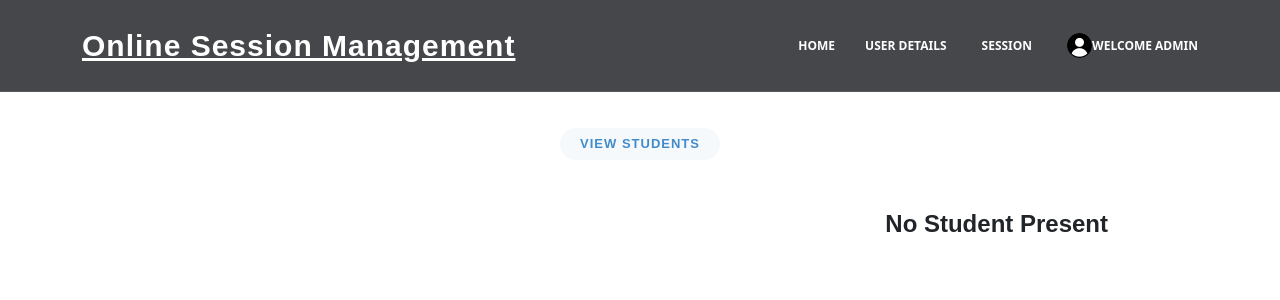
Repository: MohammadShadab08/Session-Management
Page: http://localhost/MeetingApplication/ViewUsers.jsp
These files come from the project's save history. The page is drawn as it stood at one moment and after a run of saves; the edit follows.
The browser window is 1280 px wide. The pictures show the whole page.
Some web fonts or font styles are not loaded; a fallback is used. The page is served by Tomcat 9. Other server files are loaded and not shown. Queries for data that is not in the repository find no rows.

Above is the page before, as saved 2023-08-28 21:07:08.

### Online Session Management/MeetingApplication/WebContent/ViewUsers.jsp
<!DOCTYPE html>
<%@page import="java.sql.ResultSet"%>
<%@page import="java.sql.Statement"%>
<%@page import="com.connection.DBConnection"%>
<%@page import="java.sql.Connection"%>
<%@page contentType="text/html" pageEncoding="UTF-8"%>
<%@page import="java.sql.*" %>
<html>
<head>
  <meta charset="utf-8">
  <meta content="width=device-width, initial-scale=1.0" name="viewport">

  <title>User Details</title>
  <meta content="" name="description">
  <meta content="" name="keywords">


 <!-- CSS File -->
 <link href="assets/css/style.css" rel="stylesheet">
 <link href="assets/vendor/bootstrap/css/bootstrap.min.css" rel="stylesheet">



</head>
<body>
  <header id="header" class="fixed-top header-inner-pages">
    <div class="container d-flex align-items-center justify-content-between">
	 <h1 class="logo"><a href="AdminHomePage.jsp">Online Session Management</a></h1>
      <nav id="navbar" class="navbar">
        <ul>
          <li><a class="nav-link scrollto active" href="AdminHomePage.jsp">Home</a></li>
          <li class="dropdown">
	          <a style="color:white;">User Details<i class="bi bi-chevron-down"></i></a>
		     	 <ul>
		     	 	<li class="dropdown"><a class="nav-link scrollto" href="Userregistration.jsp" style="color:black;">Add User</a></li>
		            <li class="dropdown"><a class="nav-link scrollto" href="ViewUsers.jsp" style="color:black;">View User Details</a></li>
		         </ul>
	         </li>
	          <li class="dropdown">
	          <a style="color:white;">Session<i class="bi bi-chevron-down"></i></a>
		    	  <ul>
		         	 <li class="dropdown"><a class="nav-link scrollto" href="CreateSession.jsp" style="color:black;">Create Session</a></li>
		             <li class="dropdown"><a class="nav-link scrollto" href="ViewSession.jsp" style="color:black;">View Session</a></li>
		          </ul>
	         </li>
	         <li class="dropdown">
	          <a style="color:white;"><img src="assets/img/user.png" alt=""  class="rounded-circle">Welcome Admin</a>
		                <ul><li class="dropdown"><a class="nav-link scrollto" href="Home.jsp" style="color:black;">Logout</a></li></ul>
	         </li>
         </ul>
        <i class="bi bi-list mobile-nav-toggle"></i>
      </nav>
    </div>
  </header>
 <br><br>

   <!-- ======= View Students Section ======= -->
    <section id="services" class="services">
      <div class="container">
        <div class="section-title">
          <h2>View Students </h2>
           </div>
           <div class="row">
           <div class="col-md-12">
           <div class="col-sm-offset-2 col-lg-12 ">
			  <form class="subscription-form">
                  <div style="margin-left:20px;margin-right:20px">
                  <table class="table table-bordered" style="color:black">

                     <%
                     Connection con=DBConnection.getConnection();
                     Statement st=con.createStatement();
                     ResultSet rs=st.executeQuery("select * from user");
                     //while(rs.next())
                     if(rs.next() == false) {
                    	%>
                    	<h4 style="text-align:right;margin-right:70px"><b>No Student Present</b></h4>
                    	<%
                     }
                    else{
                    	int count=0;
                    	do{
                    	 if(count == 0) {
                    	 %>
                    	 <tr  class="danger" style="color:black">
		                  <th> Student Name</th>
		                     <th>Class</th>
		                     <th>Phone No</th>
		                     <th>Email</th>
		                     <th>Gender</th>
		                   <th>Status</th>
		                      <th>Action</th>
		                  </tr>
		                  <%}%>
                    	 <TR>
                    	 <td style="color:black"><%=rs.getString(2) %></td>
                    	  <td style="color:black"><%=rs.getString(3) %></td>
                    	 <td style="color:black"><%=rs.getString(4) %></td>
                    	 <td style="color:black"><%=rs.getString(5) %></td>
                    	 <td style="color:black"><%=rs.getString(6) %></td>
                    	 <td><a style="color:green;" href="UpdateStudent.jsp?id=<%=rs.getInt(1)%>"><b>Edit</b></a></td>
                    	 <td><a style="color:red;" href="DeleteCon?id=<%=rs.getInt(1)%>"><b>Delete</b></a></td>
                    	 </TR>
                    <%count++; }while(rs.next());}%>

                    </table>
     			 </div>
               </form>
	  </div></div></div>
      </div>
    </section>
</body>
</html>

### Online Session Management/MeetingApplication/src/com/connection/DBConnection.java
package com.connection;

import java.sql.Connection;
import java.sql.DriverManager;

public class DBConnection {

	static String url = "jdbc:mysql://localhost:3306/meet";
	static String username = "root";
	static String password = "root";
	public static Connection connection;

	public static Connection getConnection() {
		try {
			Class.forName("com.mysql.jdbc.Driver");
			connection = DriverManager.getConnection(url, username, password);

		} catch (Exception e) {
			e.printStackTrace();
		}
		return connection;
	}

}

### Online Session Management/MeetingApplication/WebContent/assets/css/style.css
/*--------------------------------------------------------------
# General
--------------------------------------------------------------*/
body {
  font-family: "Open Sans", sans-serif;
  color: #444444;

}
h1{
	color: #000040;
}
h1, h2, h3, h4, h5, h6 {
  font-family: "Raleway", sans-serif;
}
/*--------------------------------------------------------------
# Back to top button
--------------------------------------------------------------*/
.back-to-top {
  position: fixed;
  visibility: hidden;
  opacity: 0;
  right: 15px;
  bottom: 15px;
  z-index: 99999;
  background: #428bca;
  width: 40px;
  height: 40px;
  border-radius: 4px;
  transition: all 0.4s;
}
.back-to-top i {
  font-size: 24px;
  color: #fff;
  line-height: 0;
}
.back-to-top:hover {
  background: #629fd3;
  color: #fff;
}
.back-to-top.active {
  visibility: visible;
  opacity: 1;
}
/*--------------------------------------------------------------
# Header
--------------------------------------------------------------*/
#header {
  transition: all 0.5s;
  z-index: 997;
  padding: 15px 0;
  border-bottom: 1px solid rgba(255, 255, 255, 0.1);
}
#header.header-scrolled, #header.header-inner-pages {
  background: rgba(23, 26, 29, 0.8);
}
#header .logo {
  font-size: 30px;
  margin: 0;
  padding: 0;
  line-height: 1;
  font-weight: 600;
  letter-spacing: 1px;
  font-family: "Poppins", sans-serif;
}
#header .logo a {
  color: #fff;
}
#header .logo img {
  max-height: 40px;
}
@media (max-width: 992px) {
  #header {
    border: 0;
  }
}
/*--------------------------------------------------------------
# Navigation Menu
--------------------------------------------------------------*/

.navbar {
  padding: 0;
}
.navbar ul {
  margin: 0;
  padding: 0;
  display: flex;
  list-style: none;
  align-items: center;
}
.navbar li {
  position: relative;
}
.navbar a, .navbar a:focus {
  display: flex;
  align-items: center;
  justify-content: space-between;
  padding: 10px 0 10px 30px;
  text-transform: uppercase;
  font-size: 12px;
  font-weight: 600;
  color: #fff;
  white-space: nowrap;
  transition: 0.3s;
}
.navbar a i, .navbar a:focus i {
  font-size: 12px;
  line-height: 0;
  margin-left: 5px;
}
.navbar .dropdown ul {
  display: block;
  position: absolute;
  left: 14px;
  top: calc(100% + 30px);
  margin: 0;
  padding: 10px 0;
  z-index: 99;
  opacity: 0;
  visibility: hidden;
  background: #fff;
  box-shadow: 0px 0px 30px rgba(127, 137, 161, 0.25);
  transition: 0.3s;
}
.navbar .dropdown ul li {
  min-width: 140px;
}
.navbar .dropdown ul a {
  padding: 10px 20px;
  font-size: 13px;
  font-weight: 500;
  text-transform: none;
  color: #193c5a;
}
.navbar .dropdown ul a:hover, .navbar .dropdown ul .active:hover, .navbar .dropdown ul li:hover > a {
  color: #428bca;
}
.navbar .dropdown:hover > ul {
  opacity: 1;
  top: 100%;
  visibility: visible;
}
/*---------------------------------------------------------------
 # Userview Section
 --------------------------------------------------------------*/

#userview .carousel, #hero .carousel-inner, #hero .carousel-item, #hero .carousel-item::before {
  background-size: cover;
  background-position: center;
  background-repeat: no-repeat;
  position: absolute;
  top: 0;
  right: 0;
  left: 0;
  bottom: 0;
}
/*--------------------------------------------------------------
# Sections General
--------------------------------------------------------------*/
section {
  padding: 80px 0;
}
.section-bg {
  background-color: #fafafb;
}
.section-title {
  text-align: center;
  padding-bottom: 50px;
}
.section-title h2 {
  font-size: 13px;
  letter-spacing: 1px;
  font-weight: 700;
  padding: 8px 20px;
  margin: 0;
  background: #f5f9fc;
  color: #428bca;
  display: inline-block;
  text-transform: uppercase;
  border-radius: 50px;
}
/*--------------------------------------------------------------
# About
--------------------------------------------------------------*/
#about {
  width: 100%;
  height: 100vh;
  background:url("../img/user1.jpg") top center;
  background-color: rgba(34, 39, 43, 0.8);
 /*  overflow: hidden; */
   background-size: cover;
  position: relative;
}
/*--------------------------------------------------------------
# Admin
--------------------------------------------------------------*/
#admin {
  width: 100%;
  height: 100vh;
  background:url("../img/admin123.jpg") top center;
  background-color: rgba(34, 39, 43, 0.8);
 /*  overflow: hidden; */
   background-size: cover;
  position: relative;
}
/*--------------------------------------------------------------
# Userregistration
--------------------------------------------------------------*/
#services {
  width: 100%;
  height: 100%;
  background-size: cover;
  position: relative;
}
#userreg {
  width: 100%;
  height: 100%;
  background:url("../img/userreg.jpg") top center;
  background-size: cover;
  position: relative;
}

After the next 2 saves:
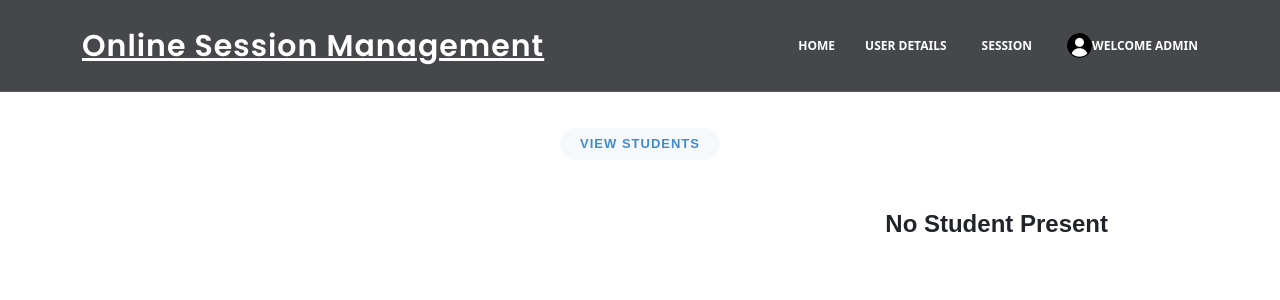
The 2 saves are shown as one change because they came seconds apart.
The last was saved 2 min 54 s later.
--- a/Online Session Management/MeetingApplication/WebContent/ViewUsers.jsp
+++ b/Online Session Management/MeetingApplication/WebContent/ViewUsers.jsp
@@ -13,6 +13,9 @@
   <title>User Details</title>
   <meta content="" name="description">
   <meta content="" name="keywords">
+
+  <!-- Google Fonts -->
+  <link href="https://fonts.googleapis.com/css?family=Open+Sans:300,300i,400,400i,600,600i,700,700i|Raleway:300,300i,400,400i,500,500i,600,600i,700,700i|Poppins:300,300i,400,400i,500,500i,600,600i,700,700i" rel="stylesheet">
 
 
  <!-- CSS File -->

After the save that followed:
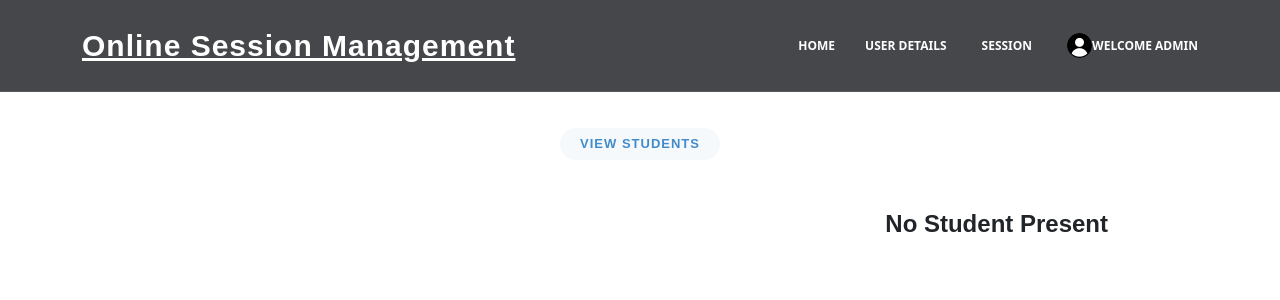
Saved 13 s later.
--- a/Online Session Management/MeetingApplication/WebContent/ViewUsers.jsp
+++ b/Online Session Management/MeetingApplication/WebContent/ViewUsers.jsp
@@ -14,8 +14,6 @@
   <meta content="" name="description">
   <meta content="" name="keywords">
 
-  <!-- Google Fonts -->
-  <link href="https://fonts.googleapis.com/css?family=Open+Sans:300,300i,400,400i,600,600i,700,700i|Raleway:300,300i,400,400i,500,500i,600,600i,700,700i|Poppins:300,300i,400,400i,500,500i,600,600i,700,700i" rel="stylesheet">
 
 
  <!-- CSS File -->
